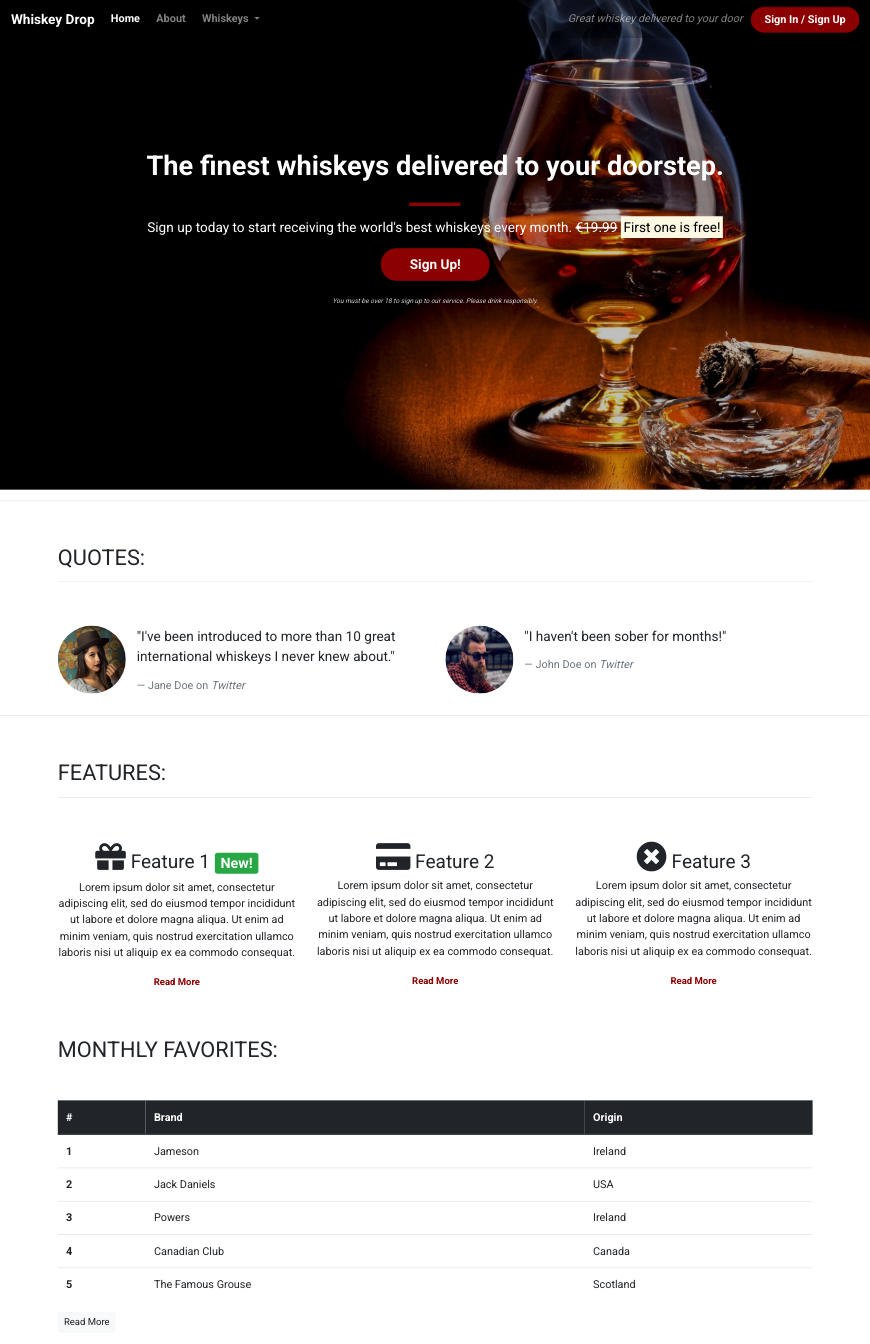
Repository: dof-bull/whiskey-drop
Page: index.html
The author's editor kept a record of every edit. The page is drawn from the files as they stood at one moment, then again after the next edit.
The browser window is 1280 px wide. The pictures show the whole page, at 68% of full size.
Backgrounds fixed to the window are drawn as part of the page. Some web libraries are served in a nearby version.

Above is the page before.

After the next edit:
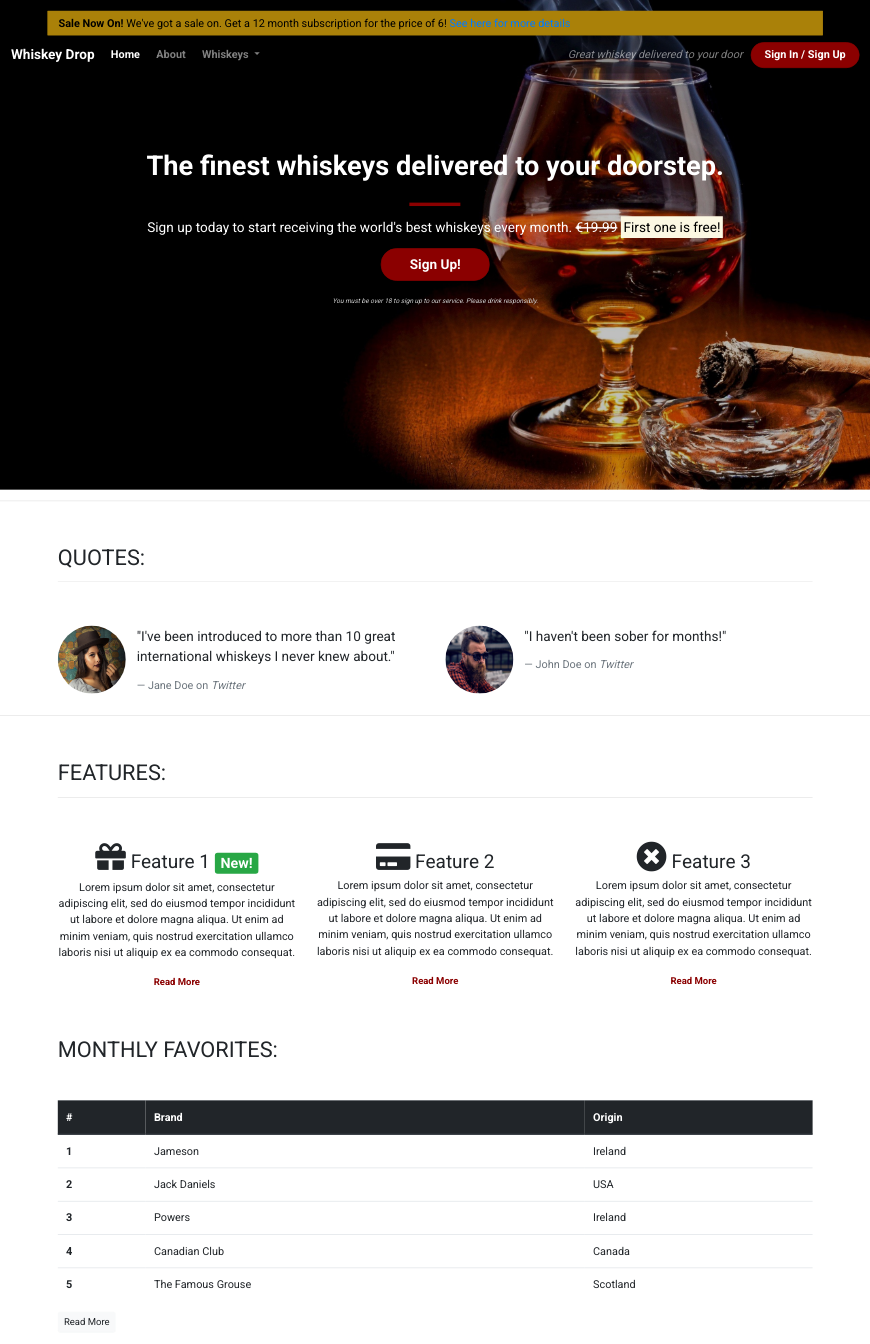
The edit:
--- a/index.html
+++ b/index.html
@@ -15,6 +15,20 @@
 
   <!-- Nav -->
   <div class="container-fluid navalert-container">
+    <!-- Alert -->
+    <div class="container-fluid alert-container">
+      <article class="container mt-3">
+        <div class="row d-none d-sm-block">
+          <div class="col-12">
+            <div class="site-wide-alert alert alert-warning">
+              <strong>Sale Now On!</strong> We've got a sale on. Get a 12 month subscription for the price of 6! <a href="">See here for more details</a>
+            </div>
+          </div>
+        </div>
+      </article>
+    </div>
+    <!-- /Alert -->
+
     <nav class="navbar navbar-dark navbar-expand-sm">
       <a href="/" class="navbar-brand">
                     Whiskey Drop</a>
